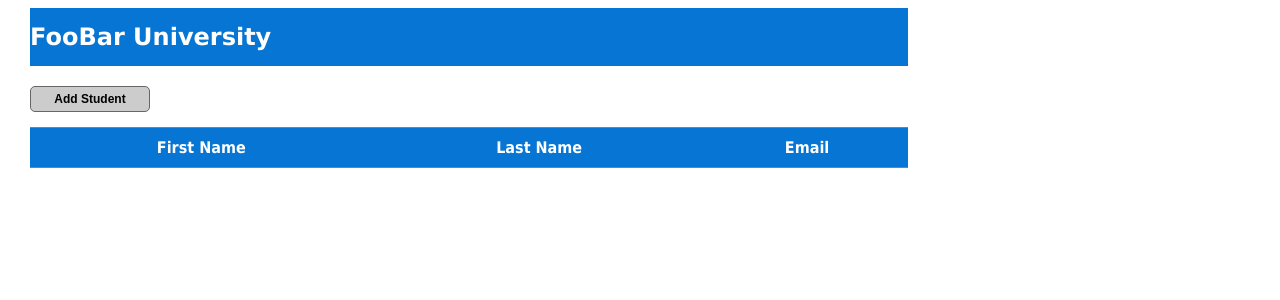
Repository: sanjeev11235/Arch1
Page: http://localhost/web-student-tracker-jstl/StudentControllerServlet
The author's editor kept a copy of each file at every save. The page is drawn from the files as they stood at one save, then again after the next save.
The browser window is 1280 px wide. The pictures show the whole page.
The page is served by Tomcat 9. Queries for data that is not in the repository find no rows.

Above is the page before, as saved 2019-10-23 12:03:12.

After the next save:
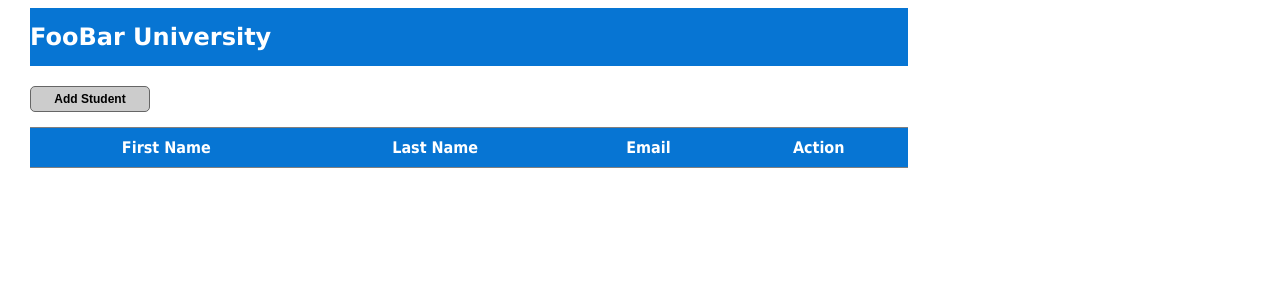
Saved 29 h 19 min later.
--- a/JSP-Servlets-JDBC/web-student-tracker-jstl/WebContent/list-students.jsp
+++ b/JSP-Servlets-JDBC/web-student-tracker-jstl/WebContent/list-students.jsp
@@ -25,15 +25,27 @@
 						<th>First Name</th>
 						<th>Last Name</th>
 						<th>Email</th>
+						<th>Action</th>
 					</tr>
 
 
 					<c:forEach var="tempStudent" items="${STUDENT_LIST}">
-					<tr>
-						<td>${tempStudent.firstName}</td>
-						<td>${tempStudent.lastName}</td>
-						<td>${tempStudent.email}</td>
-					</tr>
+
+						<!-- set up a link for each student -->
+						<c:url var="tempLink" value="StudentControllerServlet">
+							<c:param name="command" value="LOAD"/>
+							<c:param name="studentId" value="${tempStudent.id}"/>
+						</c:url>
+
+						<tr>
+							<td>${tempStudent.firstName}</td>
+							<td>${tempStudent.lastName}</td>
+							<td>${tempStudent.email}</td>
+							<td>
+								<a href="${tempLink}">Update</a>
+							</td>
+						</tr>
+
 					</c:forEach>
 				</table>
 
